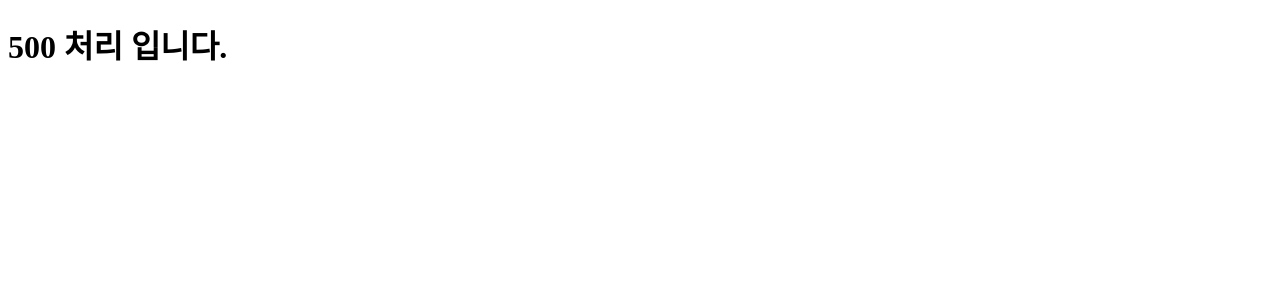
Repository: Jamikidu/newJsp
Page: http://localhost/jspProj/excep/exArrIndex.jsp
These files come from the project's save history. The page is drawn as it stood at one moment and after the next save; the edit follows.
The browser window is 1280 px wide. The pictures show the whole page.
The page is served by Tomcat 9.

Above is the page before, as saved 2023-07-26 02:50:08.

After the next save:
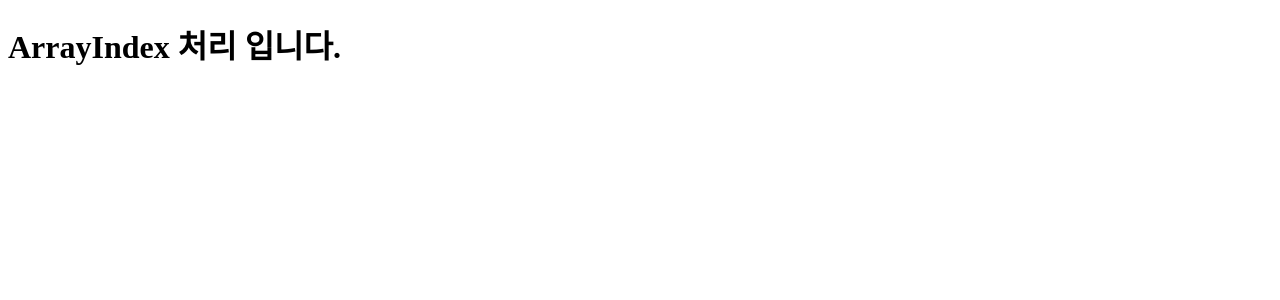
Saved 94 s later.
--- a/jspProj/src/main/webapp/excep/exArrIndex.jsp
+++ b/jspProj/src/main/webapp/excep/exArrIndex.jsp
@@ -4,10 +4,10 @@
 <html>
 <head>
 <meta charset="UTF-8">
-<title>500 처리</title>
+<title>ArrayIndex 처리</title>
 </head>
 <body>
-<h1>500 처리 입니다.</h1>
+<h1>ArrayIndex 처리 입니다.</h1>
 <%-- <%=exception.getMessage() %> --%>
 
 </body>
